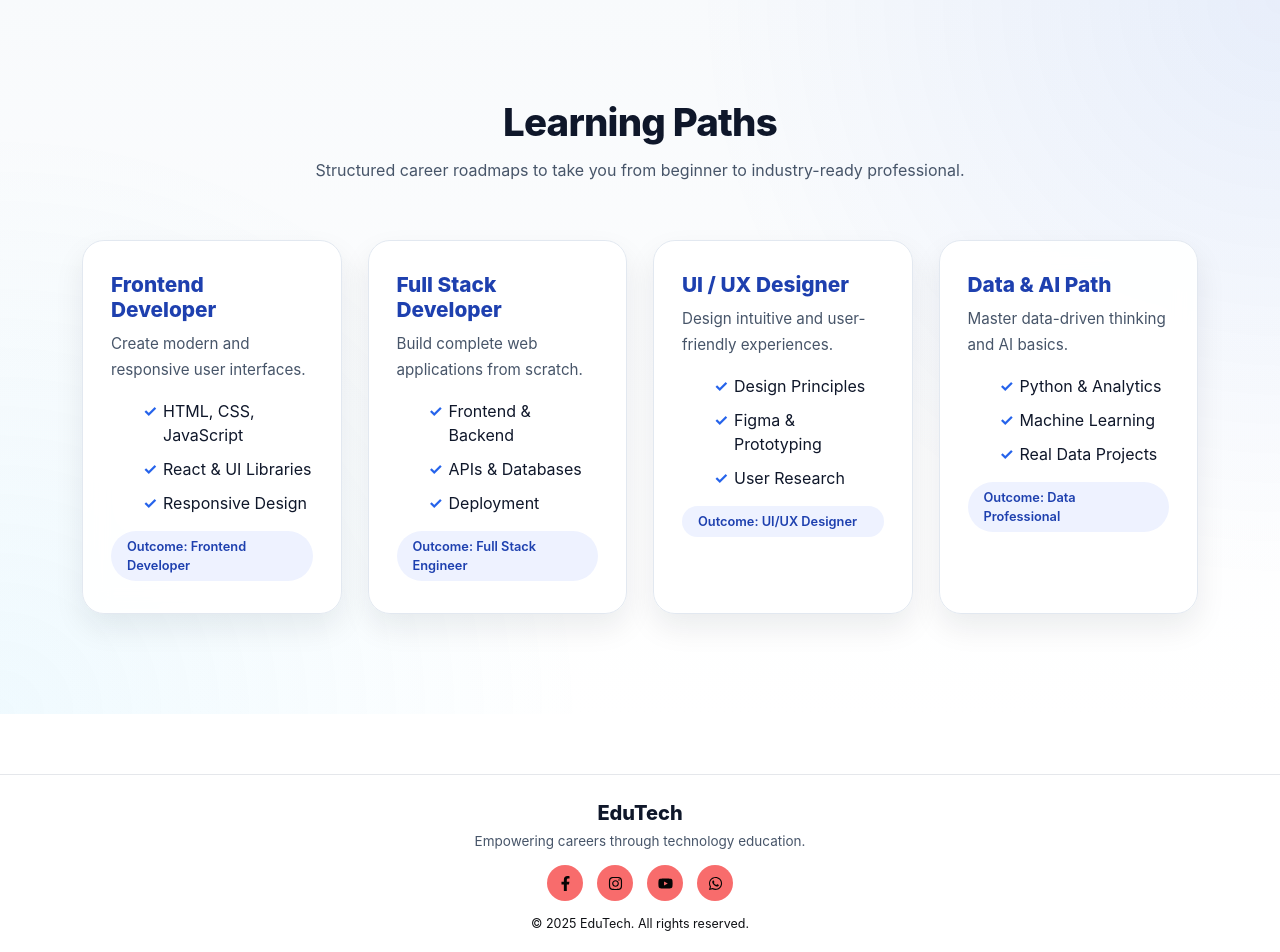
Repository: Aswin74k/project-2
Page: /
The author's editor kept a copy of each file at every save. The page is drawn from the files as they stood at one save, then again after the next save.
The browser window is 1280 px wide. The pictures show the part of the page from y = 2045 to 2997 px (the page is 2997 px tall).
The project was rebuilt for these pictures with package versions that can differ from the ones it lists, and the page was loaded fresh each time. Also part of the build but not shown: vite.config.js, src/project/course.css, src/project/Course.jsx, src/project/About.css, src/project/About.jsx, src/project/Enroll.css, src/project/Enroll.jsx, src/project/contact.css and 2 more.

Above is the page before, as saved 2025-12-25 19:47:42.

After the next save:
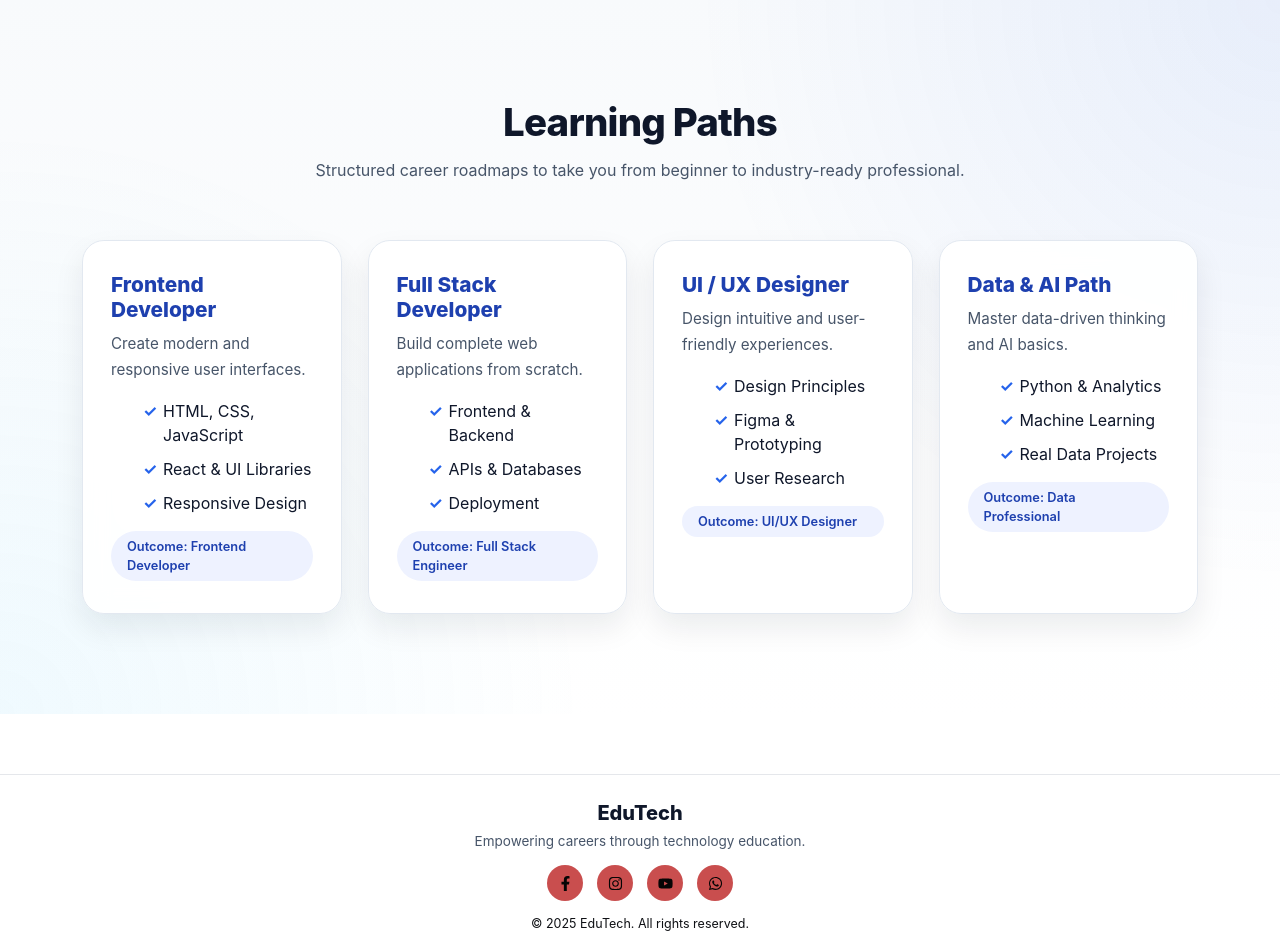
Saved 4 s later.
--- a/src/project/Home.css
+++ b/src/project/Home.css
@@ -314,7 +314,7 @@
 
 /* KEEP ICON COLORS SAME */
 .footer-social a {
-  background-color: rgb(248, 108, 108);
+  background-color: rgb(201, 78, 78);
   width: 36px;
   height: 36px;
   border-radius: 50%;
